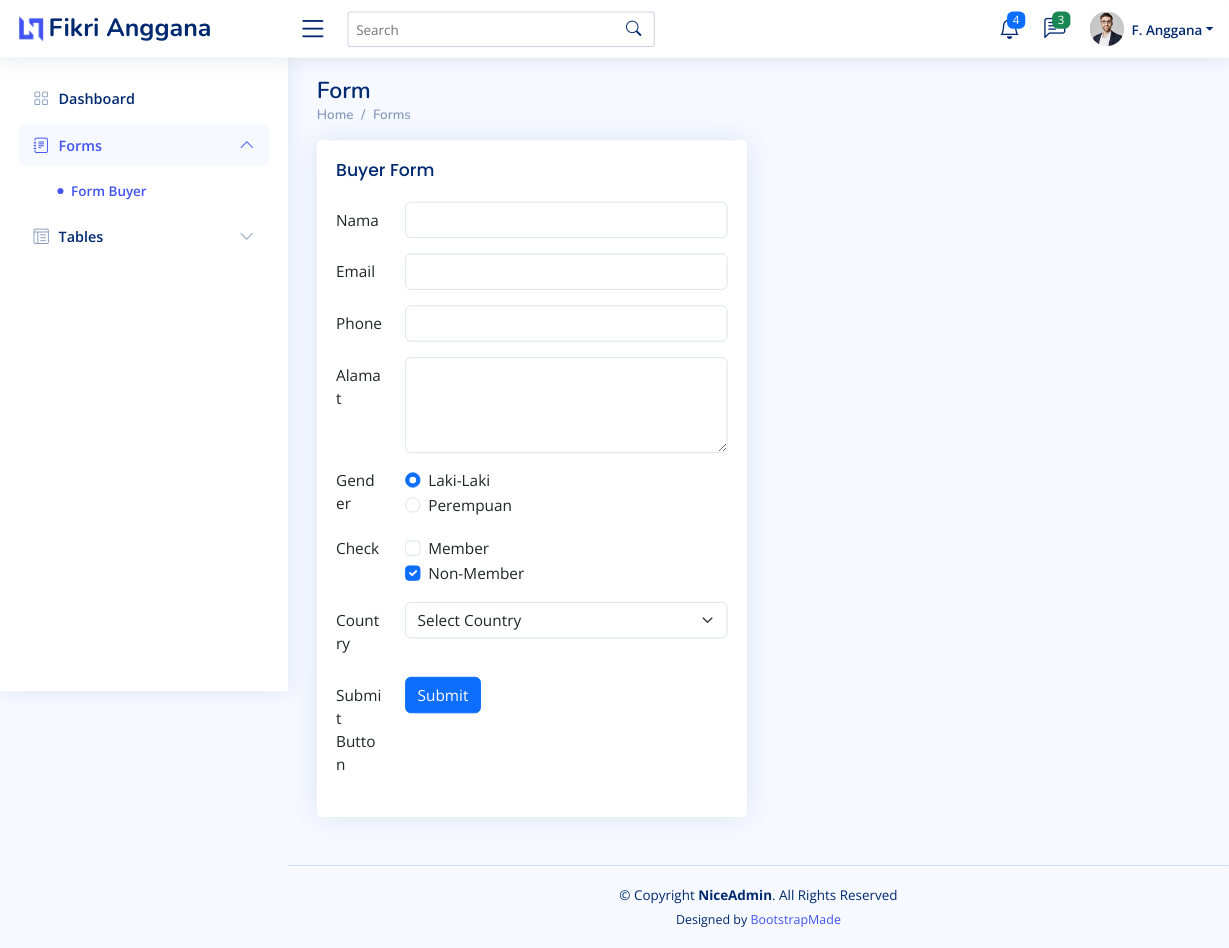
Repository: fikrianggana/PRG4_M2_P1_088
Page: NiceAdmin/forms-elements.html
An editor plug-in stored every save of this project. The page is shown before and after the next save, followed by the edit.
The browser window is 1280 px wide. The pictures show the whole page, at 96% of full size.

Above is the page before, as saved 2023-09-19 23:35:54.

After the next save:
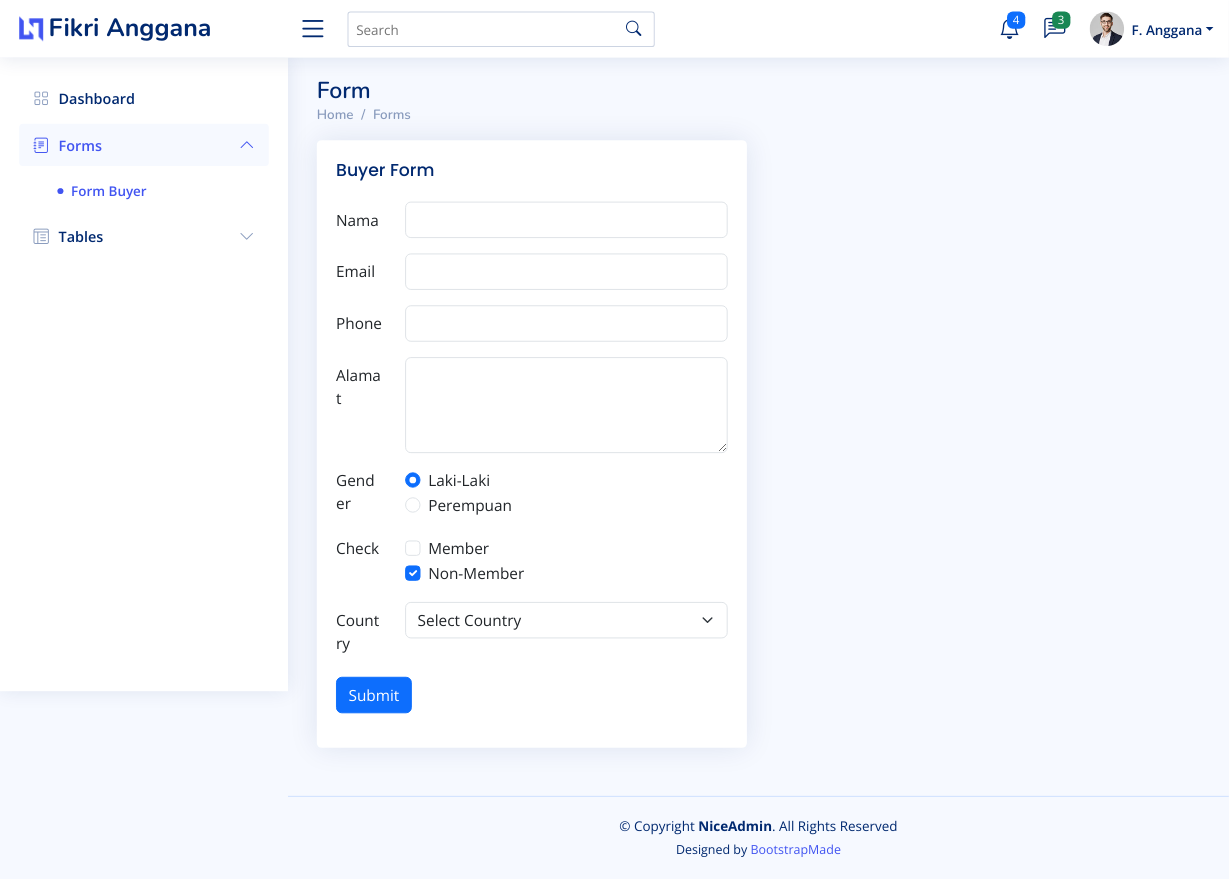
Saved 7 s later.
--- a/NiceAdmin/forms-elements.html
+++ b/NiceAdmin/forms-elements.html
@@ -409,7 +409,6 @@
                 </div>
 
                 <div class="row mb-3">
-                  <label class="col-sm-2 col-form-label">Submit Button</label>
                   <div class="col-sm-10">
                     <button type="submit" class="btn btn-primary">Submit</button>
                   </div>
